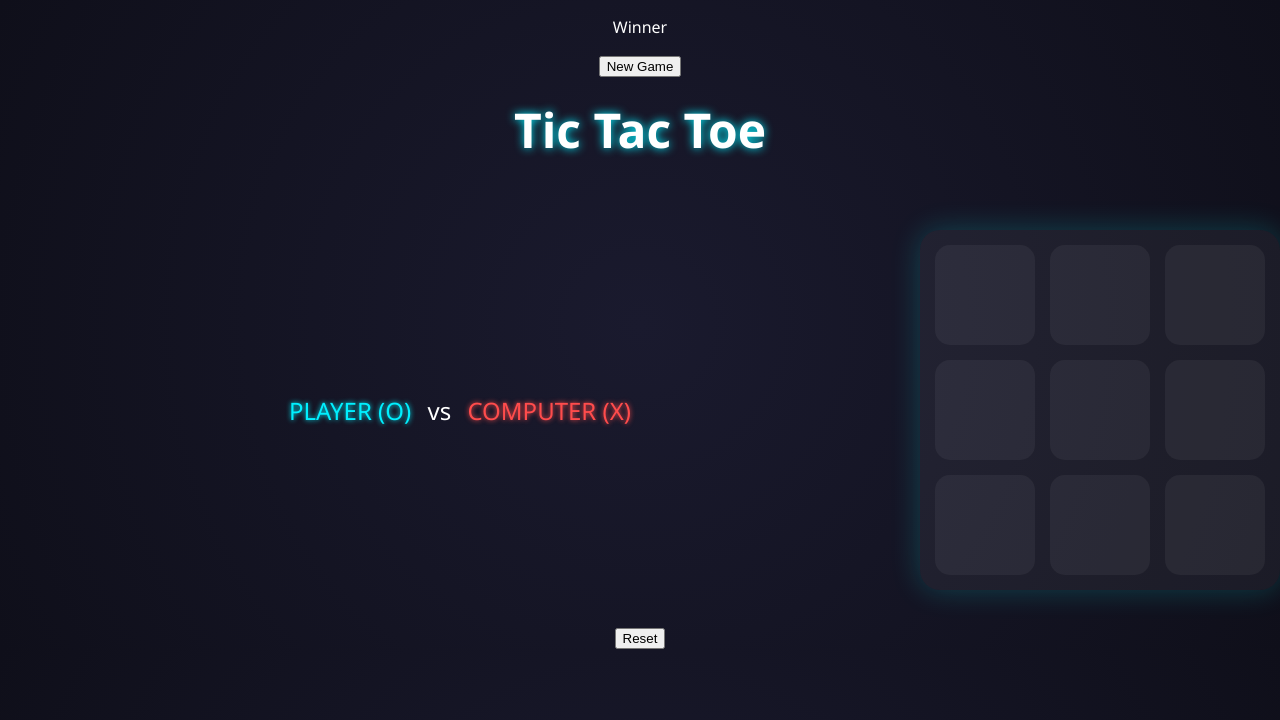
Repository: AreezAnsari/Tic-Tac-Toe
Page: Game/Game.html
The author's editor kept a copy of each file at every save. The page is drawn from the files as they stood at one save, then again after the next save.
The browser window is 1280 px wide. The pictures show the whole page.

Above is the page before, as saved 2025-06-02 12:46:26.
Console error: TypeError: box.addEventListener is not a function

### Game/Game.html
<!DOCTYPE html>
<html lang="en">
<head>
    <meta charset="UTF-8">
    <meta name="viewport" content="width=device-width, initial-scale=1.0">
    <title>Document</title>
    <link rel="stylesheet" href="Game.css">
</head>
<body>

    <div class="msg-container hide">
        <p class="msg">Winner</p>
        <button class="new-btn">New Game</button>
    </div>
    <main>
        <h1>Tic Tac Toe</h1>
    <div class="container">
        <div class="vs-info">
    <span class="player">PLAYER (O)</span> vs
    <span class="computer">COMPUTER (X)</span>
</div>
        <div class="game">
        <button class="box"></button>
        <button class="box"></button>
        <button class="box"></button>
        <button class="box"></button>
        <button class="box"></button>
        <button class="box"></button>
        <button class="box"></button>
        <button class="box"></button>
        <button class="box"></button>
        </div>
        </div>
        <button class="reset-btn hide">Reset</button>
    </main>
    <script src="Game.js"></script>
</body>
</html>

### Game/Game.css
body {
    background: radial-gradient(circle at center, #1a1a2e, #0f0f1a);
    font-family: 'Segoe UI', sans-serif;
    color: white;
    text-align: center;
    padding: 0;
    margin: 0;
}

h1 {
    margin-top: 20px;
    font-size: 3rem;
    color: #fff;
    text-shadow: 0 0 10px #00f0ff;
}

/* Player vs Computer text */
.vs-info {
    font-size: 1.5rem;
    margin: 10px auto;
}
.vs-info span {
    padding: 0 10px;
}
.player {
    color: #00f0ff;
    text-shadow: 0 0 5px #00f0ff;
}
.computer {
    color: #ff4c4c;
    text-shadow: 0 0 5px #ff4c4c;
}

.container {
    display: flex;
    justify-content: center;
    align-items: center;
    height: 60vh;
}

.game {
    display: grid;
    grid-template-columns: repeat(3, 100px);
    grid-gap: 15px;
    background: rgba(255, 255, 255, 0.05);
    padding: 15px;
    border-radius: 20px;
    box-shadow: 0 0 30px rgba(0, 255, 255, 0.2);
    position: relative;
}

.box {
    width: 100px;
    height: 100px;
    font-size: 2.5rem;
    border: none;
    border-radius: 15px;
    background-color: rgba(255, 255, 255, 0.05);
    color: white;
    cursor: pointer;
    text-shadow: 0 0 10px cyan;
    transition: all 0.2s ease;
}

.box.x {
    color: #ff4c4c;
    text-shadow: 0 0 15px #ff4c4c;
}

.box.o {
    color: #00f0ff;
    text-shadow: 0 0 15px #00f0ff;
}

.box:hover {
    background: rgba(255, 255, 255, 0.1);
    transform: scale(1.05);
}

/* Winner glowing line */
.win-line {
    position: absolute;
    height: 5px;
    background: #00f0ff;
    box-shadow: 0 0 20px #00f0ff;
    border-radius: 10px;
    transform-origin: left center;
    transform: scaleX(0);
    animation: drawLine 0.5s ease forwards;
}

@keyframes drawLine {
    to {
        transform: scaleX(1);
    }
}

### Game/Game.js
let box = document.querySelectorAll(".box");
let button = document.querySelector("button");
let container = document.querySelector(".container");

let value = "X";

const btn = () => {
  if (value === "X") {
    button.innerHTML = "Y";
    Value = "Y";
  } else {
    button.innerText = "X";
    Value = "X";
  }
};

box.addEventListener("click", btn);

After the next save:
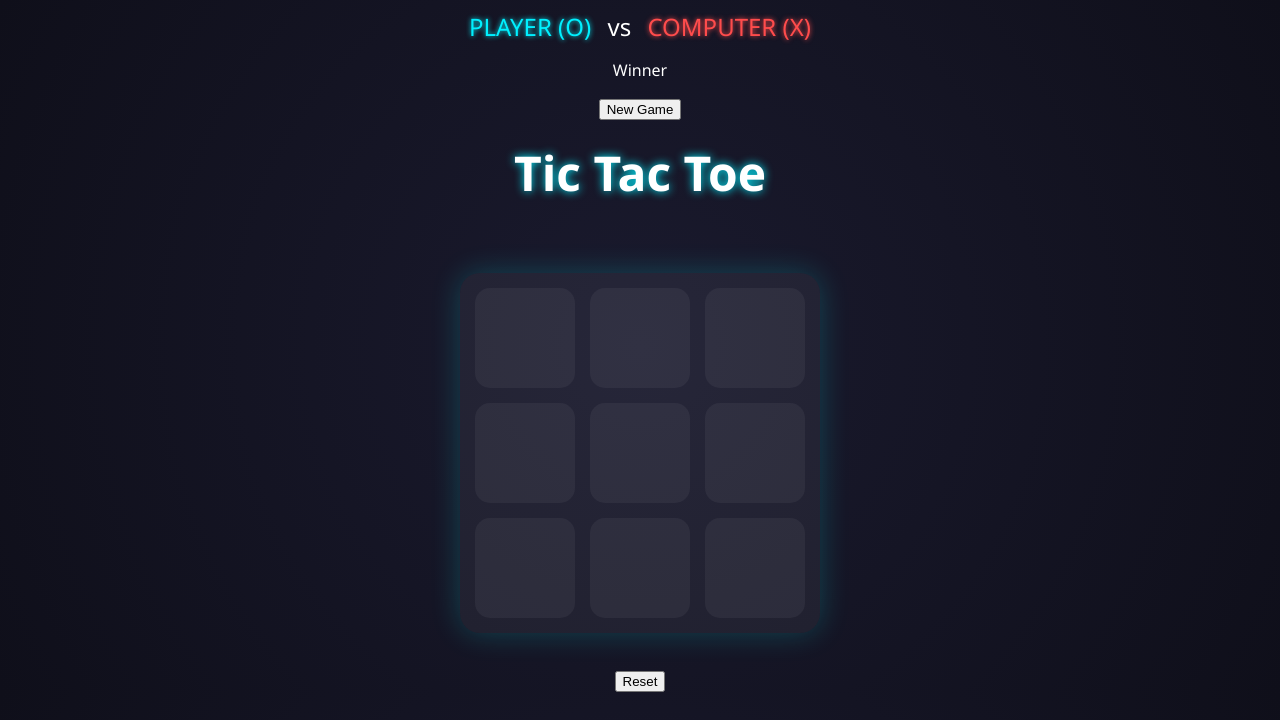
Saved 14 s later.
--- a/Game/Game.html
+++ b/Game/Game.html
@@ -7,7 +7,10 @@
     <link rel="stylesheet" href="Game.css">
 </head>
 <body>
-
+    <div class="vs-info">
+    <span class="player">PLAYER (O)</span> vs
+    <span class="computer">COMPUTER (X)</span>
+</div>
     <div class="msg-container hide">
         <p class="msg">Winner</p>
         <button class="new-btn">New Game</button>
@@ -15,10 +18,6 @@
     <main>
         <h1>Tic Tac Toe</h1>
     <div class="container">
-        <div class="vs-info">
-    <span class="player">PLAYER (O)</span> vs
-    <span class="computer">COMPUTER (X)</span>
-</div>
         <div class="game">
         <button class="box"></button>
         <button class="box"></button>
